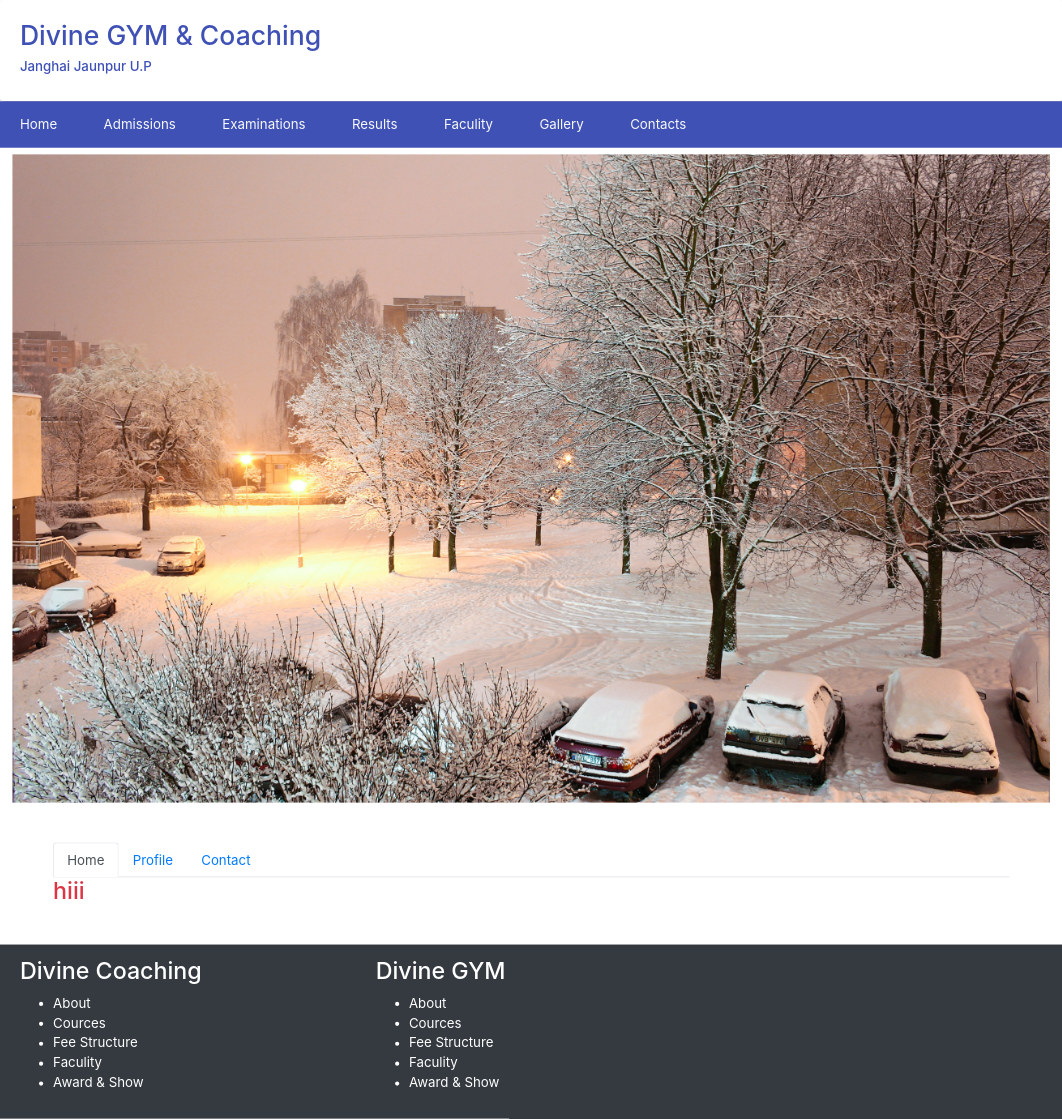
Repository: lalji-yadav/vikash-Coaching-frontend
Page: /gallery
An editor plug-in stored every save of this project. The page is shown before and after the next save, followed by the edit.
The browser window is 1280 px wide. The pictures show the whole page, at 83% of full size.
The project was rebuilt for these pictures with package versions that can differ from the ones it lists, and the page was loaded fresh each time. Also part of the build but not shown: src/index.css, src/home/home.js, src/component/admission/admission.js, src/component/examination/examination.js, src/component/results/result.js, src/component/faculity/faculity.js.

Above is the page before, as saved 2021-04-11 14:16:00.

### public/index.html
<!DOCTYPE html>
<html lang="en">
  <head>
    <meta charset="utf-8" />
    <link rel="icon" href="%PUBLIC_URL%/favicon.ico" />
    <meta name="viewport" content="width=device-width, initial-scale=1" />
    <meta name="theme-color" content="#000000" />
    <meta
      name="description"
      content="Web site created using create-react-app"
    />


    <link rel="preconnect" href="https://fonts.gstatic.com">
    <link href="https://fonts.googleapis.com/css2?family=Open+Sans:wght@400;700&display=swap" rel="stylesheet">

    <link rel="apple-touch-icon" href="%PUBLIC_URL%/logo192.png" />
    <!--
      manifest.json provides metadata used when your web app is installed on a
      user's mobile device or desktop. See https://developers.google.com/web/fundamentals/web-app-manifest/
    -->
    <link rel="manifest" href="%PUBLIC_URL%/manifest.json" />


    <link rel="preconnect" href="https://fonts.gstatic.com">
<link href="https://fonts.googleapis.com/css2?family=Open+Sans&display=swap" rel="stylesheet">
    <!--
      Notice the use of %PUBLIC_URL% in the tags above.
      It will be replaced with the URL of the `public` folder during the build.
      Only files inside the `public` folder can be referenced from the HTML.

      Unlike "/favicon.ico" or "favicon.ico", "%PUBLIC_URL%/favicon.ico" will
      work correctly both with client-side routing and a non-root public URL.
      Learn how to configure a non-root public URL by running `npm run build`.
    -->
    <title>React App</title>
  </head>
  <body>
    <noscript>You need to enable JavaScript to run this app.</noscript>
    <div id="root"></div>
    <!--
      This HTML file is a template.
      If you open it directly in the browser, you will see an empty page.

      You can add webfonts, meta tags, or analytics to this file.
      The build step will place the bundled scripts into the <body> tag.

      To begin the development, run `npm start` or `yarn start`.
      To create a production bundle, use `npm run build` or `yarn build`.
    -->
  </body>
</html>

### src/App.js
import React from 'react';
import Header from "../src/header/header"
import { BrowserRouter } from 'react-router-dom';
import Footer from '../src/footer/footer'


function App() {
  return (
    <div style={{overflowX:"hidden"}}>

      <BrowserRouter>
          <Header />
      </BrowserRouter>


      {/* <Routers /> */}


      <Footer />

    </div>
  );
}

export default App;

### src/header/header.js
import React, { Component } from 'react';
import {Navbar, Nav } from 'react-bootstrap';
import { Card } from '@material-ui/core';
import { Link } from "react-router-dom";
import Routers from "../router/router"

class header extends Component {
    render() {
        return (
            <div>
                <Card className="py-4 pl-4">
                    <h2 style={{color:"#3f51b5"}}>Divine GYM & Coaching </h2>
                    <h6 style={{color:"#3f51b5"}}>Janghai Jaunpur U.P</h6>
                </Card>

                <Navbar style={{backgroundColor:"#3f51b5"}} variant="light" expand="lg">
                    <Navbar.Toggle aria-controls="basic-navbar-nav" />
                    <Navbar.Collapse id="basic-navbar-nav">
                    <Nav className="text-light">
                        <Nav.Link className="text-light pr-5" as={Link} to="/home">Home</Nav.Link>
                        <Nav.Link className="text-light pr-5" as={Link} to="/admission">Admissions</Nav.Link>
                        <Nav.Link className="text-light pr-5" as={Link} to="/examination">Examinations</Nav.Link>
                        <Nav.Link className="text-light pr-5" as={Link} to="/results">Results</Nav.Link>
                        <Nav.Link className="text-light pr-5" as={Link} to="/faculity">Faculity</Nav.Link>
                        <Nav.Link className="text-light pr-5" as={Link} to="/gallery">Gallery</Nav.Link>
                        <Nav.Link className="text-light pr-5" as={Link} to="/service">Contacts</Nav.Link>

                    </Nav>
                    </Navbar.Collapse>
                </Navbar>

                <Routers> </Routers>

            </div>
        );
    }
}

export default header;

### src/footer/footer.js
import React, { Component } from 'react';
// import { Card } from 'react-bootstrap';

class footer extends Component {
    render() {
        return (
              <div className="row bg-dark text-white mt-5 py-3 pl-4">

                  <div className="col-sm-4">
                  <h3> Divine Coaching </h3>
                  <ul>
                         <li> About </li>
                         <li> Cources </li>
                         <li> Fee Structure </li>
                         <li> Faculity </li>
                         <li> Award & Show </li>
                     </ul>
                  </div>

                  <div className="col-sm-4">
                  <h3> Divine GYM </h3>
                  <ul>
                         <li> About </li>
                         <li> Cources </li>
                         <li> Fee Structure </li>
                         <li> Faculity </li>
                         <li> Award & Show </li>
                     </ul>
                  </div>
              </div>
        );
    }
}

export default footer;

### src/router/router.js
import React, { Component } from 'react';
import {
    Switch,
    Route
  } from "react-router-dom";
  import Home from '../home/home'
  import Admission from "../component/admission/admission"
  import Examination from "../component/examination/examination"
  import Result from "../component/results/result"
  import Faculity from "../component/faculity/faculity"
import Gallery from '../component/gallery/gallery';

class router extends Component {
    render() {
        return (
            <div>
                   <Switch>
                    <Route exact path="/" component={Home} />
                    <Route exact path="/home" component={Home} />
                    <Route exact path="/admission" component={Admission} />
                    <Route exact path="/examination" component={Examination} />
                    <Route exact path="/results" component={Result} />
                    <Route exact path="/faculity" component={Faculity} />
                    <Route exact path="/gallery" component={Gallery} />
                    </Switch>

            </div>
        );
    }
}

export default router;

### src/component/gallery/gallery.js
import React, { Component } from "react";
import { Tab, Tabs } from "react-bootstrap";

class gallery extends Component {

  render() {
    return (

      <div>
        <div className="col-sm-12 mt-2">
          <img
            style={{ width: "100%", height: "70%" }}
            src={
              process.env.PUBLIC_URL + "/image/gallery/Admin/0 (22) - Copy.jpg"
            }
            alt=""
          />
        </div>

        <div className="mt-5" style={{ width: "90%", marginLeft: "5%" }}>
          <Tabs defaultActiveKey="Home" id="uncontrolled-tab-example">
            <Tab className="text-danger" eventKey="Home" title="Home">
              <h3>hiii </h3>
            </Tab>
            <Tab eventKey="profile" title="Profile">
              <h3>profile </h3>
            </Tab>
            <Tab eventKey="contact" title="Contact">
              <h3>vghtrh </h3>
            </Tab>
          </Tabs>
        </div>
      </div>
    );
  }
}

export default gallery;

Loaded but not shown: src/index.js (common file); src/serviceWorker.js (common file)

After the next save:
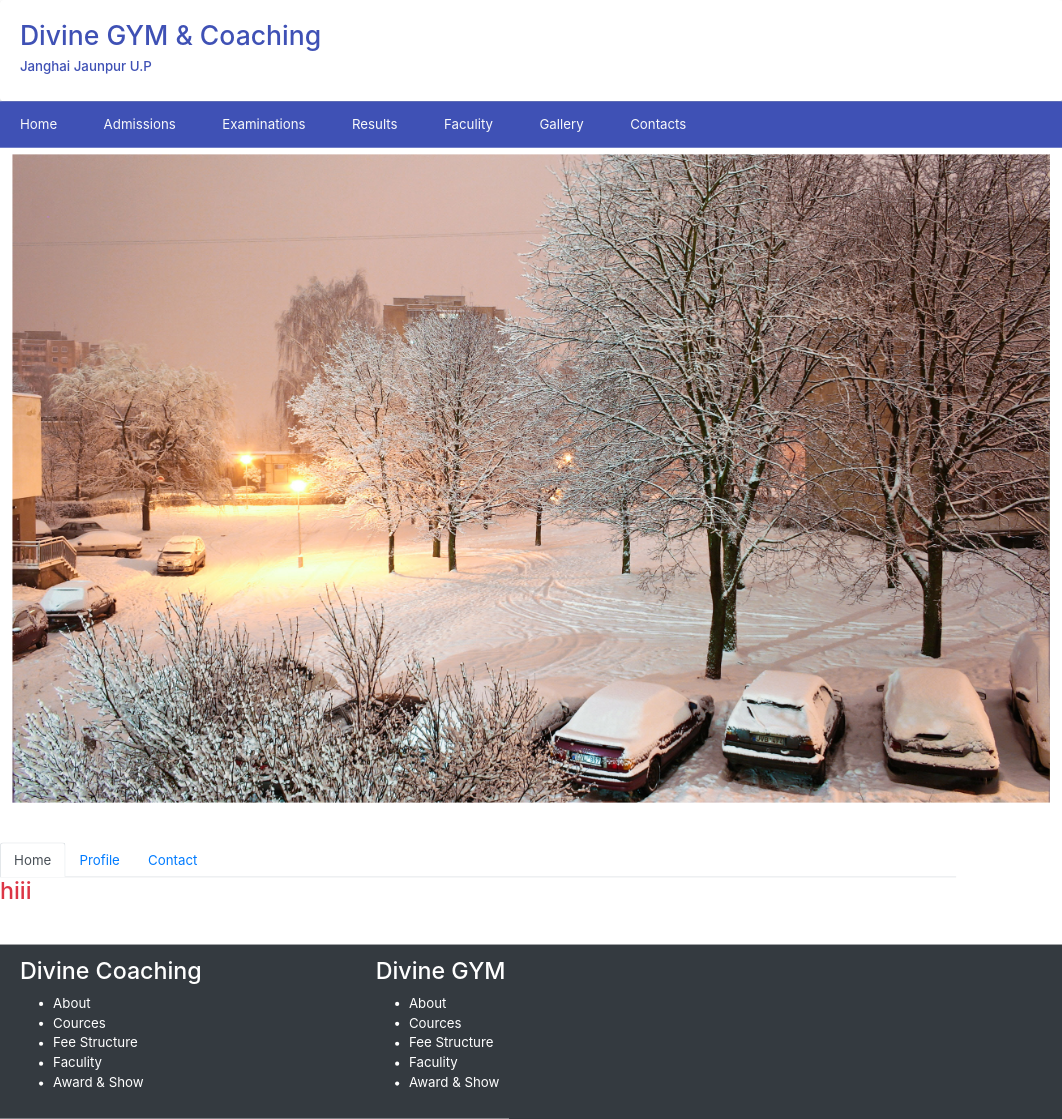
Saved 14 s later.
--- a/src/component/gallery/gallery.js
+++ b/src/component/gallery/gallery.js
@@ -17,7 +17,7 @@
           />
         </div>
 
-        <div className="mt-5" style={{ width: "90%", marginLeft: "5%" }}>
+        <div className="mt-5" style={{ width: "90%" }}>
           <Tabs defaultActiveKey="Home" id="uncontrolled-tab-example">
             <Tab className="text-danger" eventKey="Home" title="Home">
               <h3>hiii </h3>

After the save that followed:
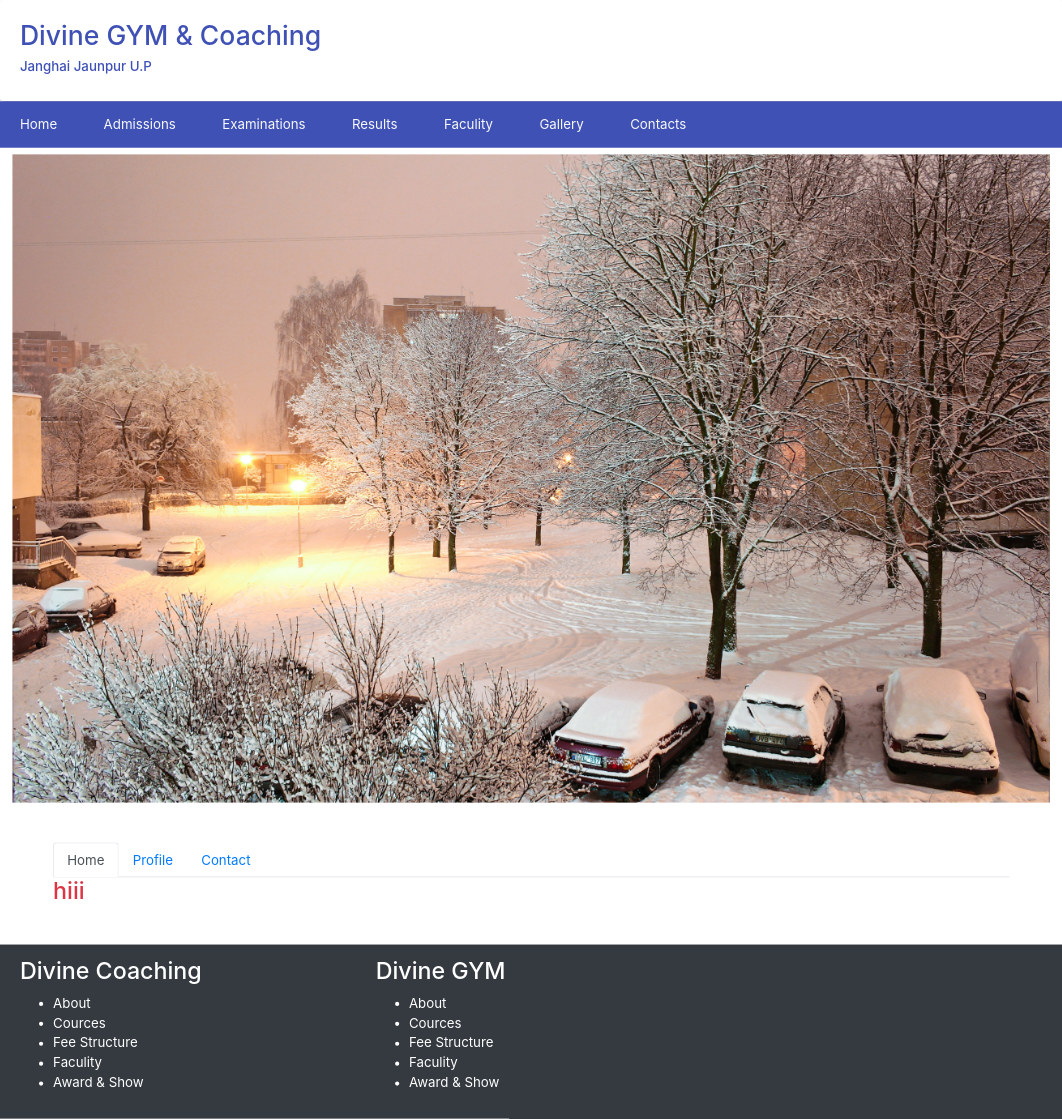
Saved 14 s later.
--- a/src/component/gallery/gallery.js
+++ b/src/component/gallery/gallery.js
@@ -17,7 +17,7 @@
           />
         </div>
 
-        <div className="mt-5" style={{ width: "90%" }}>
+        <div className="mt-5" style={{ width: "90%", marginLeft: "5%" }}>
           <Tabs defaultActiveKey="Home" id="uncontrolled-tab-example">
             <Tab className="text-danger" eventKey="Home" title="Home">
               <h3>hiii </h3>
